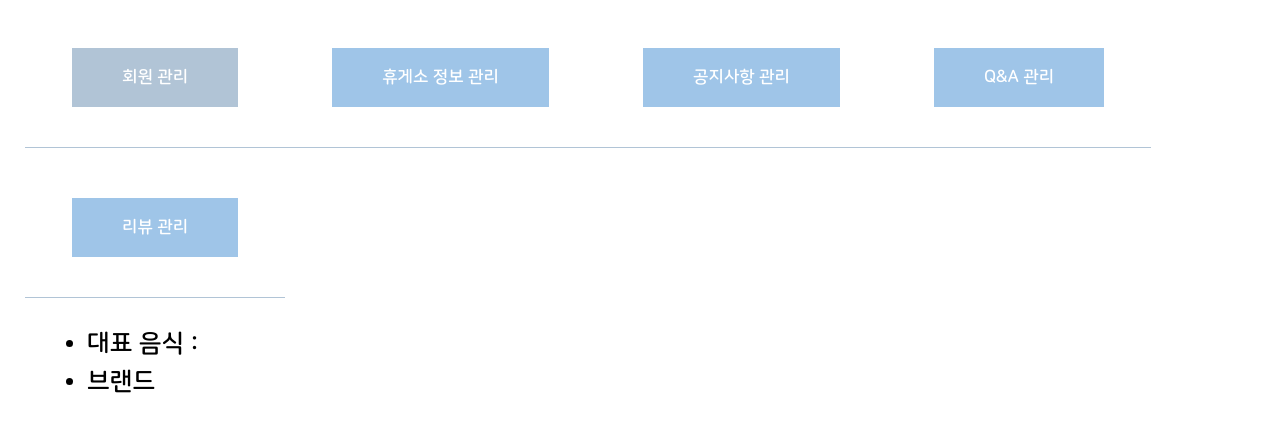
Repository: kimyerim-o/hyusikpro
Page: http://localhost/prac1/admin/admin.jsp
These files come from the project's save history. The page is drawn as it stood at one moment and after the next save; the edit follows.
The browser window is 1280 px wide. The pictures show the whole page.
Some web libraries are served in a nearby version. The page is served by Tomcat 9. Nobody is signed in. The application's start-up code is not run. Other server files are loaded and not shown.

Above is the page before, as saved 2020-05-14 01:41:49.

### hyusik/prac1/WebContent/admin/admin.jsp
<%@ page language="java" contentType="text/html; charset=UTF-8"
    pageEncoding="UTF-8"%>
<%@ taglib prefix="c" uri="http://java.sun.com/jsp/jstl/core" %>
<link rel="stylesheet" href="<%=request.getContextPath()%>/admin/admin_style.css">
<link rel="stylesheet" href="<%=request.getContextPath()%>/header/header_style.css">
<script src="https://code.jquery.com/jquery-1.10.2.js"></script>
<script>
	$(function() {
		$('ul.tab li').click(function() {
			var activeTab = $(this).attr('data-tab');
			$('ul.tab li').removeClass('current');
			$('.tabcontent').removeClass('current');
			$(this).addClass('current');
			$('#' + activeTab).addClass('current');
		})
	})
</script>
</head>
<body>
<main>
<div class="cont">
	<ul class="tab">
		<li class="current" data-tab="tab1"><a href="#1">회원 관리</a></li>
		<li data-tab="tab2"><a href="#">휴게소 정보 관리</a></li>
		<li data-tab="tab3"><a href="#">공지사항 관리</a></li>
		<li data-tab="tab4"><a href="#">Q&A 관리</a></li>
		<li data-tab="tab5"><a href="#">리뷰 관리</a></li>
	</ul>

	<div id="tab1" class="tabcontent current">
		<ul class="infolist">
		 <li>대표 음식 : ${infoData.restinfo.firstfood}</li>
		 <li>브랜드</li>
			<div>
			<c:forEach var="brand" items="${infoData.brand}" >
				<h3>${brand.brandname}</h3>
				<a> ${brand.brandde}</a>
			</c:forEach>
			</div>
		</ul>
	</div>

	<div id="tab2" class="tabcontent">

	</div>

	<div id="tab3" class="tabcontent">

	</div>

	<div id="tab4" class="tabcontent">

	</div>

	<div id="tab5" class="tabcontent">

	</div>
</div>
</main>
</body>
</html>

### hyusik/prac1/WebContent/admin/admin_style.css
.cont {
	width: 1230px;
	margin:0 auto;
}
.tab {
	list-style: none;
	margin: 0;
	padding: 0;
	overflow: hidden;
}
/* Float the list items side by side */
.tab li {
    float: left;
	padding-top: 30px;
	padding-bottom: 30px;
	margin-bottom: 10px;
	border-bottom-style: ridge;
	border-bottom-color: rgb(177,196,214);
	border-bottom-width: thin;
}
/* Style the links inside the list items */
.tab li a {
	display: inline-block;
	color: #fff;
	text-align: center;
	text-decoration: none;
	padding: 20px 50px;
	font-size: 17px;
	transition:0.3s;
	background-color:rgb(159,197,232);
	margin:10px 47px;
}
/* Style the tab content */
.tabcontent {
	display: none;
	/*background-color:rgb(0,154,200);*/
	padding: 6px 12px;
	/*color:#fff;*/
}
/*ul.tab li.current{
	//background-color:rgb(64,140,209);
	color: #222;
}*/
ul.tab li.current a{
	background-color:rgb(177,196,214);
}
.tabcontent.current {
	display: block;}

.location{
	text-align:center;
	width:1100px;
}
#map{
	width:550px;height:200px;margin: 30px;
}

.infolist li{
	font-size: 25px;margin:10px;
}
.infolist h3{
	margin:20px 10px;
}
.infolist a{
	margin:30px;
}

### hyusik/prac1/WebContent/header/header_style.css
@font-face {font-family: 'NanumSquareRoundEB';
src:url('NanumSquareRoundEB.ttf') format('truetype');
/* font-weight: normal; */
font-style: normal;}
@font-face {font-family: 'NanumSquareRoundB';
src:url('NanumSquareRoundB.ttf') format('truetype');
font-style: normal;}
body{font-family:'NanumSquareRoundB';}
* {box-sizing:border-box;}

.body{margin: 0 auto;width: 1230px;padding: 8px 10px;text-align: left;}/*width: 1080px*/
/* a:link visited hover active 순서 */
a:link, a:visited {text-decoration:none;color:#296ead;}
.header {padding:20px 10px 4px;border:5px 40px;height:170px}
.logo{position:relative;top:45px;margin:0;padding-left:80px;}
/* .nav {position:relative;} */
.logo > a{font-family:'NanumSquareRoundEB';font-size: 50px;font-weight: bold}
#choice{position:relative;margin:0 auto;padding:0 0 0 260px;width:100%;}/*상하 좌우, 시계방향*/
.list{margin-block-start: 2em;padding-inline-start: 250px;list-style: none;}
.list-item{display:inline;padding:10px;}
.list-item > a:hover{color:#609fd9}
#id {font-family:'NanumSquareRoundB'}

/*실시간 급상승*/

After the next save:
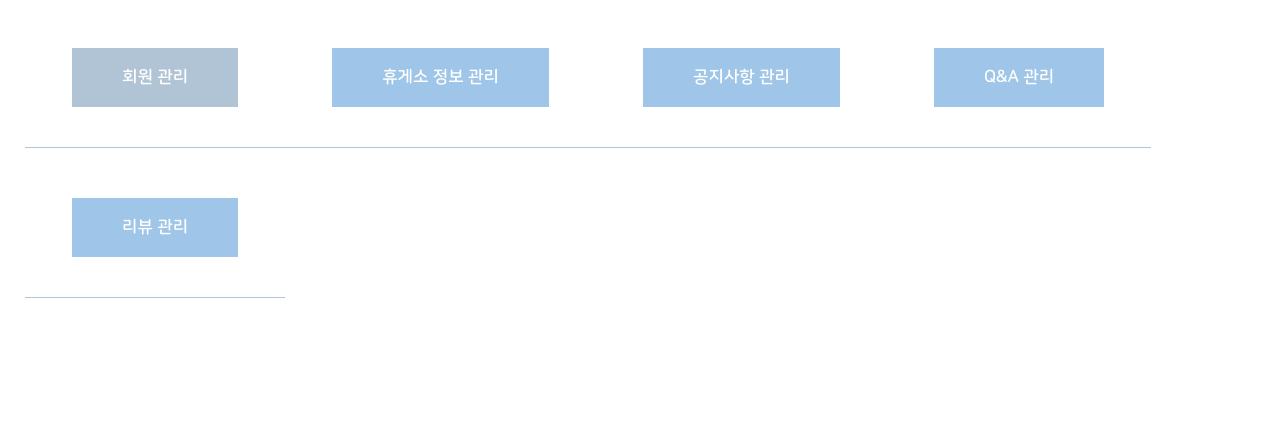
Saved 2 min 9 s later.
--- a/hyusik/prac1/WebContent/admin/admin.jsp
+++ b/hyusik/prac1/WebContent/admin/admin.jsp
@@ -28,13 +28,17 @@
 	</ul>
 
 	<div id="tab1" class="tabcontent current">
-		<ul class="infolist">
-		 <li>대표 음식 : ${infoData.restinfo.firstfood}</li>
-		 <li>브랜드</li>
-			<div>
+		<div>
 			<c:forEach var="brand" items="${infoData.brand}" >
-				<h3>${brand.brandname}</h3>
-				<a> ${brand.brandde}</a>
+				<table>
+					<tr>
+						<td>이메일</td>
+						<td>이름</td>
+						<td>생년월일</td>
+						<td>성별</td>
+						<td>관리자</td>
+					</tr>
+				</table>
 			</c:forEach>
 			</div>
 		</ul>
